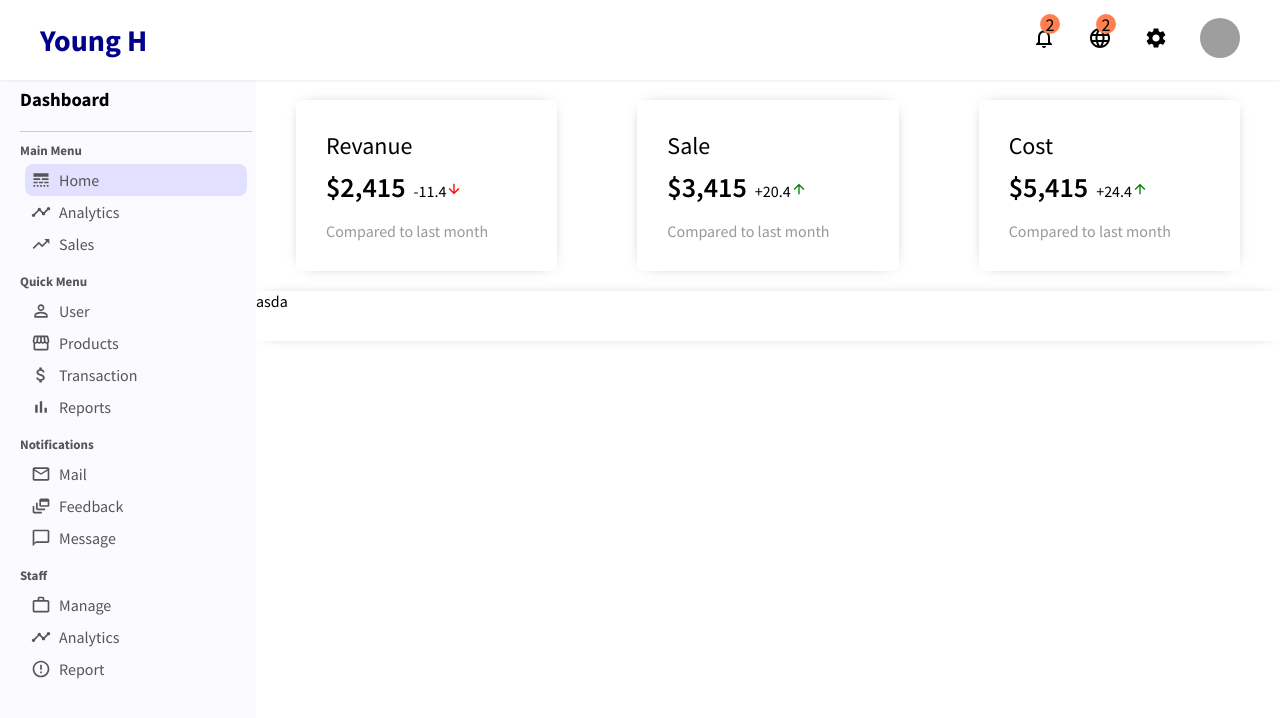
Repository: noname20011/admin
Page: /
The author's editor kept a copy of each file at every save. The page is drawn from the files as they stood at one save, then again after the next save.
The browser window is 1280 px wide. The pictures show the whole page.
Pictures or frames that could not be fetched are drawn as grey boxes. The project was rebuilt for these pictures with package versions that can differ from the ones it lists, and the page was loaded fresh each time.

Above is the page before, as saved 2021-11-13 11:22:38.

After the next save:
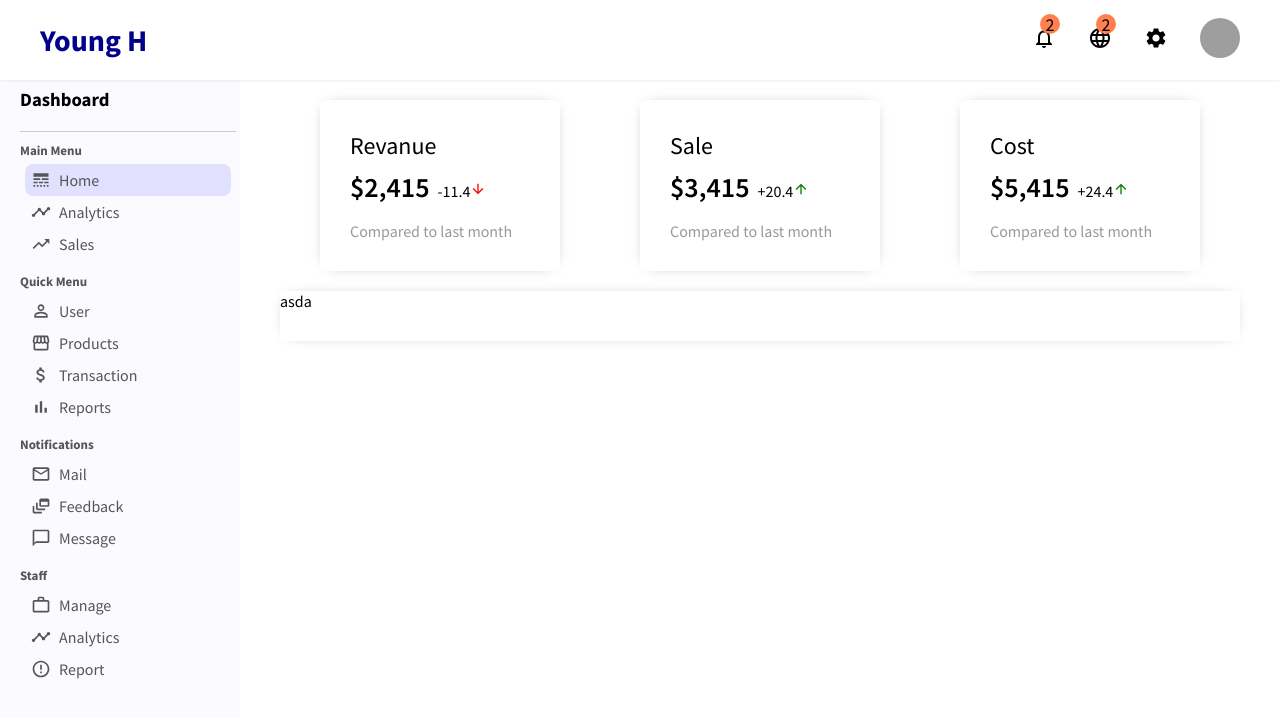
Saved 53 s later.
--- a/src/pages/home/home.css
+++ b/src/pages/home/home.css
@@ -1,3 +1,4 @@
 .home {
     flex: 4;
+    margin: 0 40px;
 }
